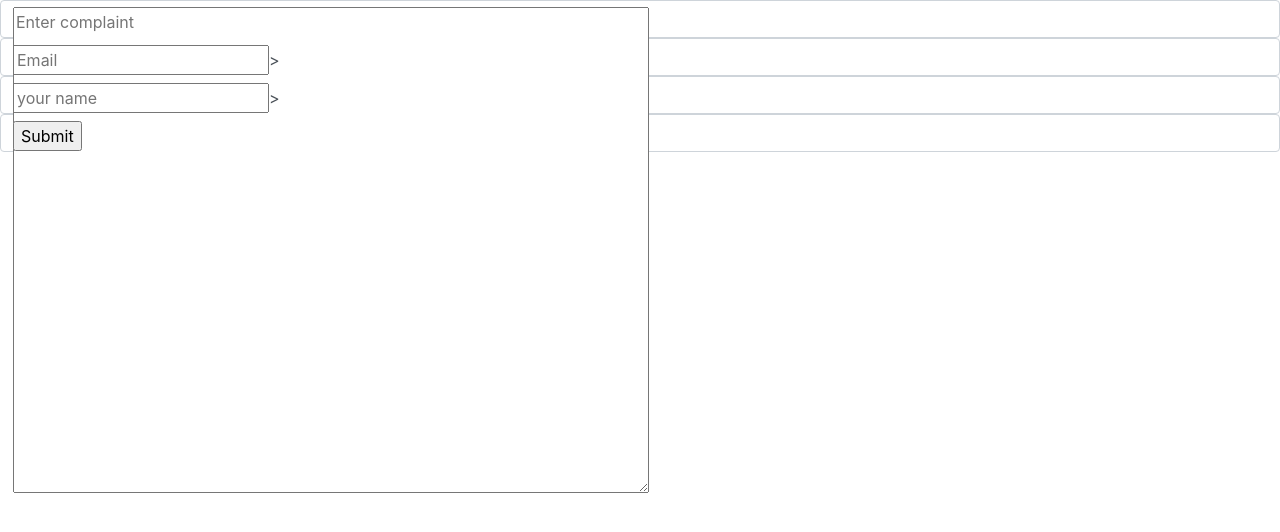
Repository: mkejeiri/Java-Entreprise
Page: http://localhost/complaintsystem/helloWorld
An editor plug-in stored every save of this project. The page is shown before and after the next save, followed by the edit.
The browser window is 1280 px wide. The pictures show the whole page.
The page is served by Tomcat 9.

Above is the page before, as saved 2018-05-10 19:08:07.

After the next save:
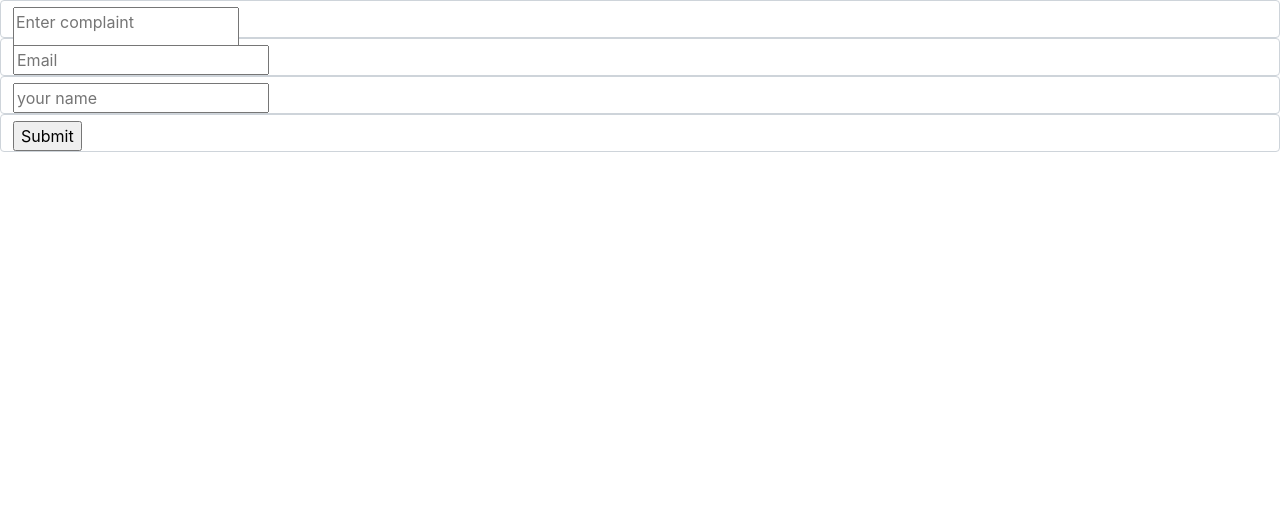
Saved 30 s later.
--- a/complaintsystem/complaintsystem/WebContent/WEB-INF/HelloWorld.jsp
+++ b/complaintsystem/complaintsystem/WebContent/WEB-INF/HelloWorld.jsp
@@ -13,13 +13,13 @@
 	<div class="form-group">
 		<form action="/complaintsystem/submitComplaint" method="post">
 		<div class="form-control">
-			<textarea name="complaint" cols="60" rows="20" placeholder="Enter complaint"></textarea> <br/>
+			<textarea name="complaint" placeholder="Enter complaint"></textarea>
 		</div>
 		<div class="form-control">
-			<input type="email" name="email" placeholder="Email">>
+			<input type="email" name="email" placeholder="Email">
 		</div>
 		<div class="form-control">
-		<input type="text" name="name" placeholder="your name">>
+		<input type="text" name="name" placeholder="your name">
 		</div>
 		<div class="form-control">
 		<input type="submit" value="Submit">
